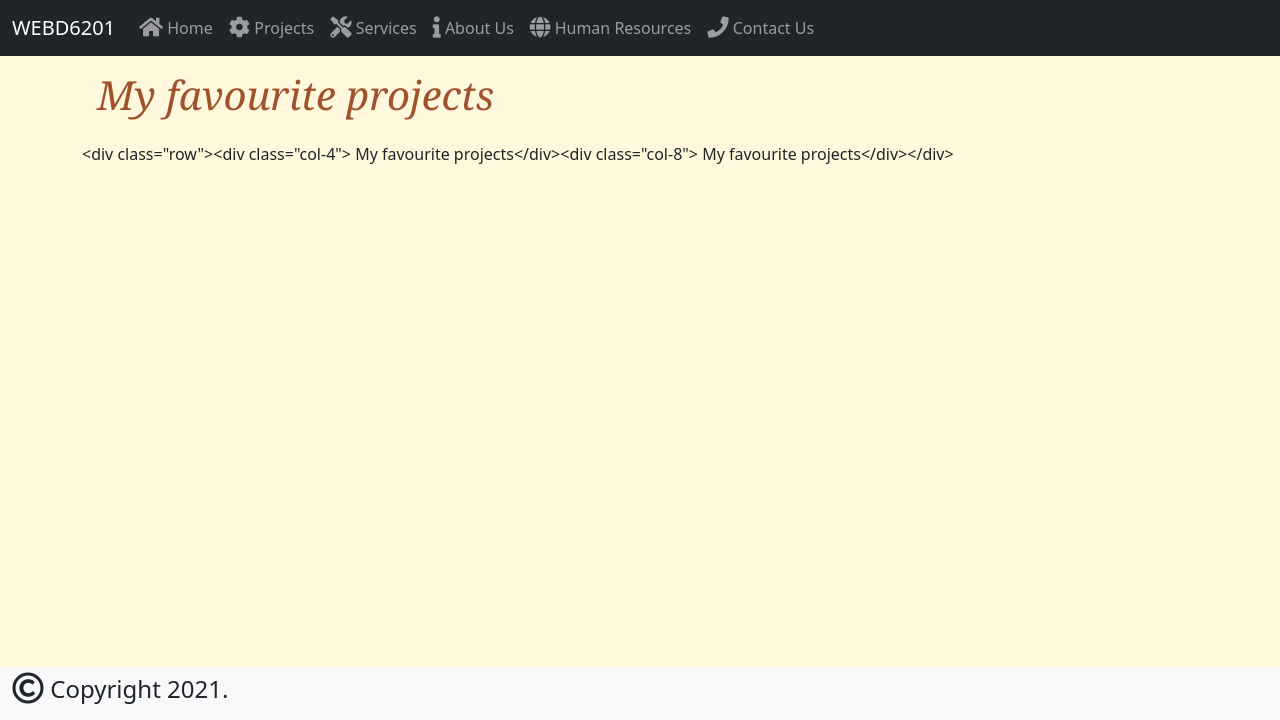
Repository: YiuWingLau/WEBD6201-W2021-Lab1
Page: projects.html
These files come from the project's save history. The page is drawn as it stood at one moment and after the next save; the edit follows.
The browser window is 1280 px wide. The pictures show the whole page.

Above is the page before, as saved 2021-02-04 20:33:35.

After the next save:
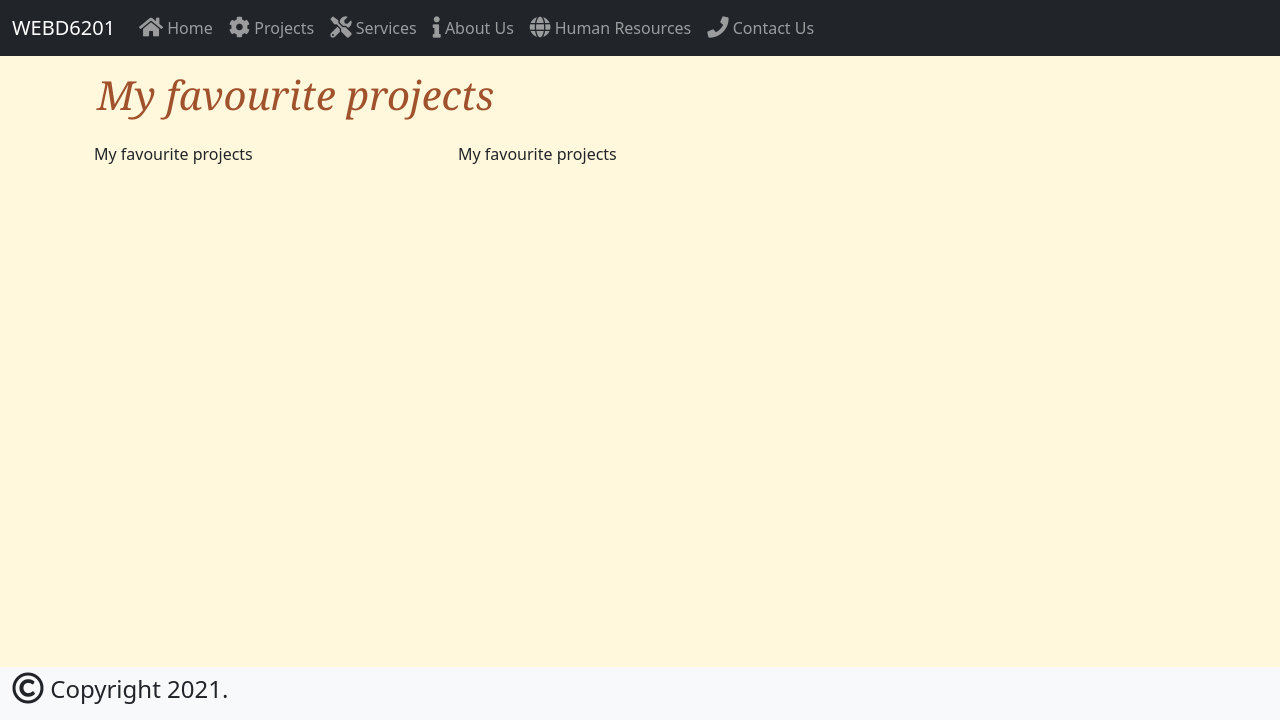
Saved 36 s later.
--- a/Scripts/app.js
+++ b/Scripts/app.js
@@ -78,7 +78,7 @@
       let projectOne = document.createElement("div");
       projectOne.setAttribute("class", "row");
       projectOne.setAttribute("id", "projectOne");
-      projectOne.textContent = `<div class="row"><div class="col-4"> My favourite projects</div><div class="col-8"> My favourite projects</div></div>`;
+      projectOne.innerHTML = `<div class="row"><div class="col-4"> My favourite projects</div><div class="col-8"> My favourite projects</div></div>`;
 
 
       project.appendChild(projectOne);
